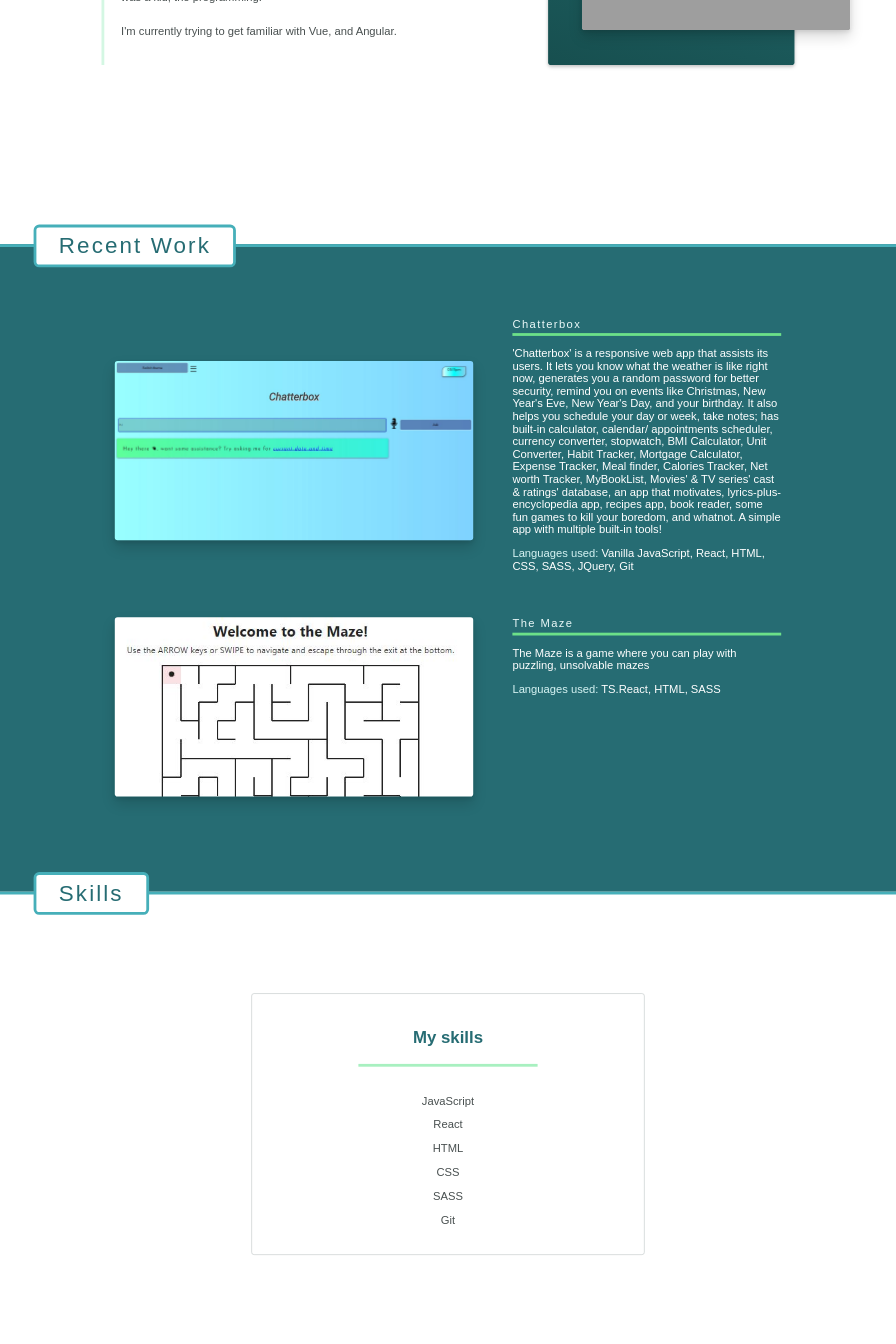
Repository: Abbaskhurram255/port
Page: /
The author's editor kept a copy of each file at every save. The page is drawn from the files as they stood at one save, then again after the next save.
The browser window is 1280 px wide. The pictures show the part of the page from y = 517 to 2437 px (the page is 2782 px tall), at 70% of full size.
Pictures or frames that could not be fetched are drawn as grey boxes. The page's requests for data from a server got no answer. Some web fonts or font styles are not loaded; a fallback is used. Some web libraries are served in a nearby version. The project was rebuilt for these pictures with package versions that can differ from the ones it lists, and the page was loaded fresh each time. No one was signed in, and anything a server would have sent is missing.

Above is the page before, as saved 2020-12-03 23:10:59.

After the next save:
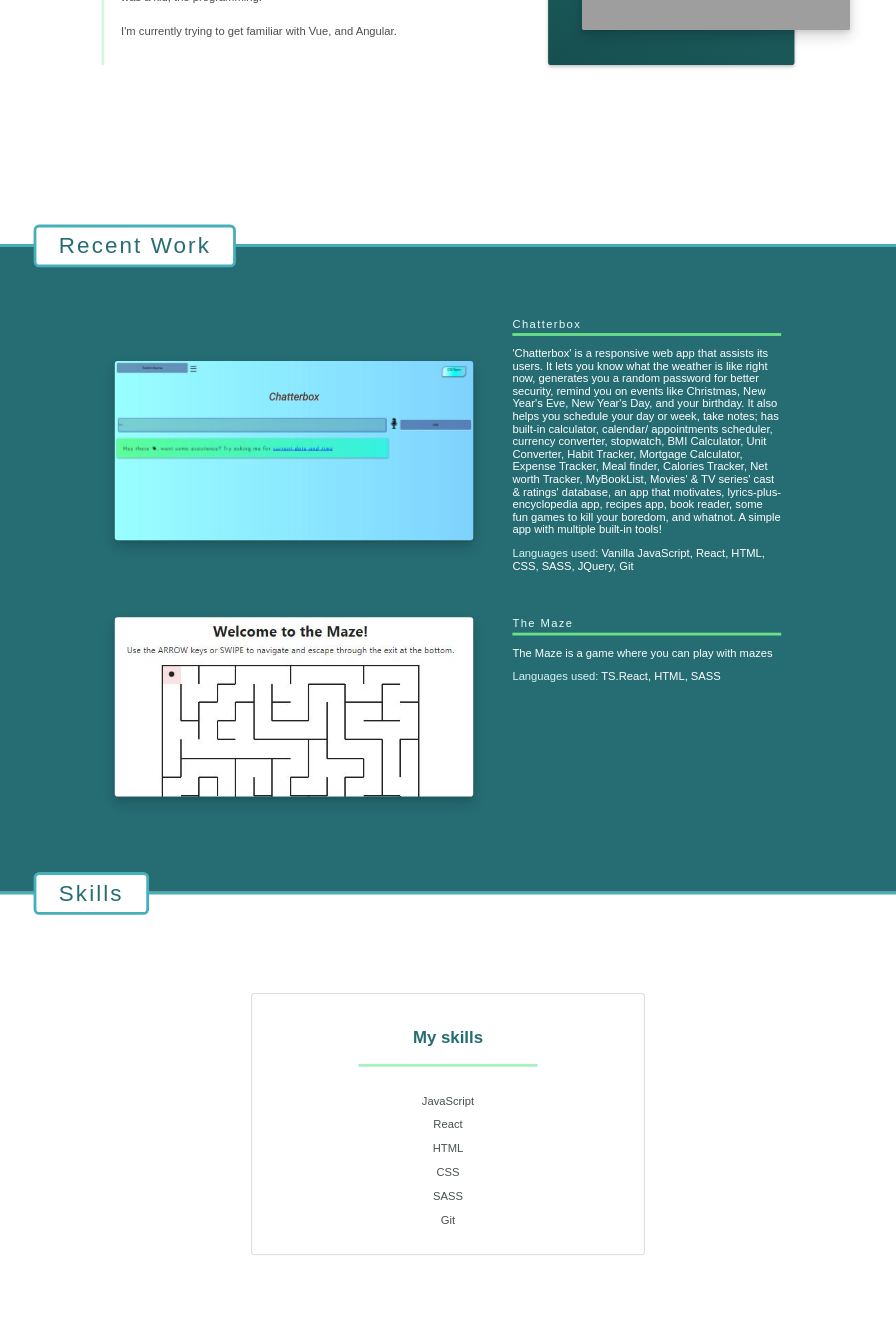
Saved 4 min 8 s later.
--- a/src/utils/data.ts
+++ b/src/utils/data.ts
@@ -20,7 +20,7 @@
   },
   {
     description:
-      "The Maze is a game where you can play with puzzling, unsolvable mazes",
+      "The Maze is a game where you can play with mazes",
     image: "maze",
     name: "The Maze",
     sourceCode: "https://github.com/Abbaskhurram255/maze/",
